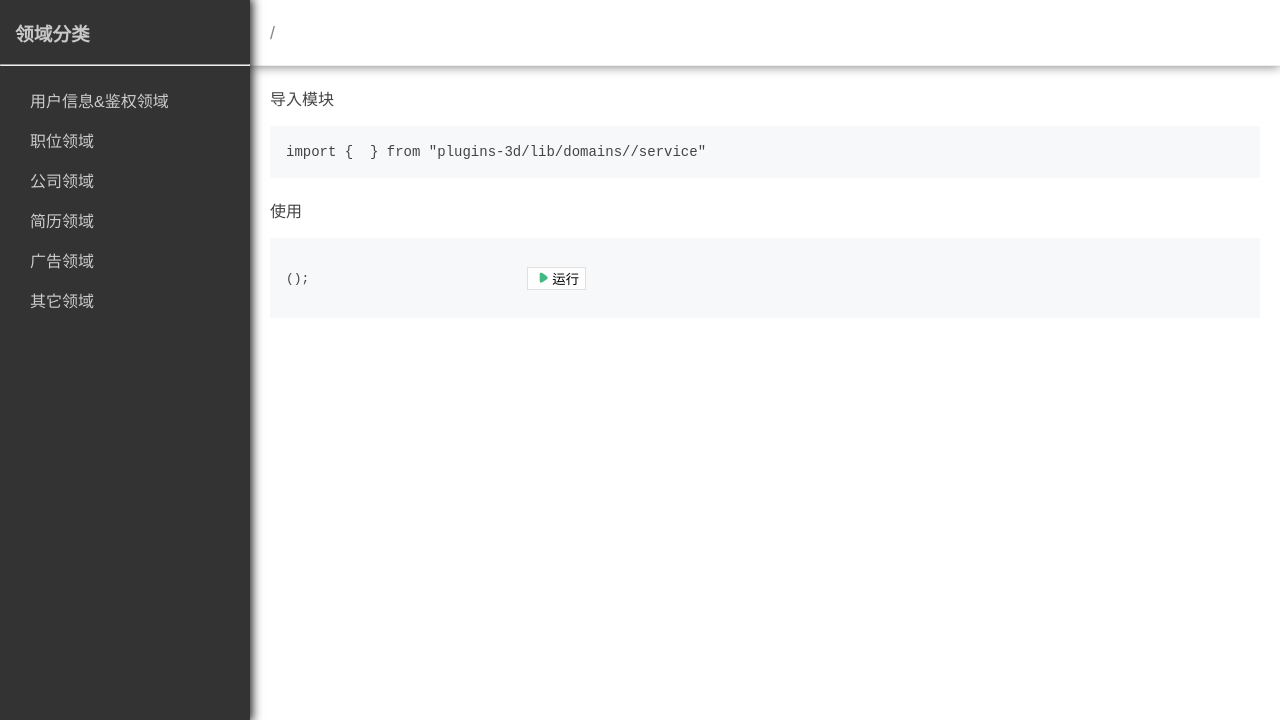
Repository: lsliangshan/inig-3d-doc
Page: /detail
An editor plug-in stored every save of this project. The page is shown before and after the next save, followed by the edit.
The browser window is 1280 px wide. The pictures show the whole page.
An inner scrolling area shows only its first screen. The project was rebuilt for these pictures with package versions that can differ from the ones it lists, and the page was loaded fresh each time. Also part of the build but not shown: vue.config.js, src/components/HelloWorld.vue, src/views/Home.vue, src/components/User.vue, src/components/Position.vue, src/components/Company.vue, src/components/Resume.vue, src/components/Ads.vue and 1 more. Imported but missing from the stored project, and not drawn on this page: ../plugins-3d/lib/domains/job/service, ../plugins-3d/lib/domains/user/service.

Above is the page before, as saved 2019-08-08 22:23:59.

### public/index.html
<!DOCTYPE html>
<html lang="en">
  <head>
    <meta charset="utf-8">
    <meta http-equiv="X-UA-Compatible" content="IE=edge">
    <meta name="viewport" content="width=device-width,initial-scale=1.0">
    <link rel="icon" href="<%= BASE_URL %>favicon.ico">
    <title>test-3d</title>
  </head>
  <body>
    <noscript>
      <strong>We're sorry but test-3d doesn't work properly without JavaScript enabled. Please enable it to continue.</strong>
    </noscript>
    <div id="app"></div>
    <!-- built files will be auto injected -->
  </body>
</html>

### src/App.vue
<template>
  <div id="app">
    <div class="nav">
      <h3>领域分类</h3>
      <hr>
      <ul>
        <li v-for="(domain, index) in menus"
            :key="index">
          <a href="javascript: void(0)"
             :class="{active: $route.params && (domain.name === $route.params.domain) }"
             @click="toggleMenu(index)">{{domain.label}}</a>
          <div class="sub_items"
               :style="{height: index === openedMenu ? (domain.children.length * 40 + (domain.children.length > 0 ? 20 : 0) + 'px') : 0}">
            <div class="sub_item_inner"
                 :style="{padding: domain.children.length > 0 ? '5px 15px' : '0'}">
              <div class="sub_item"
                   v-for="(item, index) in domain.children"
                   :key="index">
                <a href="javascript: void(0)"
                   :class="{active: $route.params.methods === item.name}"
                   @click="navigateTo(domain.name, item.name, item.params, item.label)">{{item.label}}</a>
              </div>
            </div>
          </div>
        </li>
      </ul>
    </div>
    <div class="content">
      <div class="inner">
        <router-view :params="currentParems" />
      </div>
    </div>
    <all-svgs></all-svgs>
  </div>
</template>
<script>
  export default {
    name: 'App',
    components: {
      AllSvgs: () => import('./Svgs')
    },
    data () {
      return {
        openedMenu: -1,
        activeSubMenu: '',
        currentParems: {},
        menus: [
          {
            label: '用户信息&鉴权领域',
            name: 'user',
            children: [
              {
                label: '登录',
                name: 'login',
                params: {
                  'username': {
                    type: 'String',
                    default: 'ls',
                    label: '用户名'
                  },
                  'password': {
                    type: 'String',
                    default: '123123',
                    label: '密码'
                  }
                }
              },
              {
                label: '注册',
                name: 'register',
                params: {}
              },
              {
                label: '获取用户详情',
                name: 'getUserDetail',
                params: {}
              }
            ]
          },
          {
            label: '职位领域',
            name: 'job',
            children: [
              {
                label: '获取职位详情',
                name: 'requestJobDetail',
                params: {
                  'number': {
                    type: 'String',
                    default: '',
                    label: '职位编号'
                  }
                }
              },
              {
                label: '获取相似职位',
                name: 'requestSimilarJobs',
                params: {
                  'number': {
                    type: 'String',
                    default: '',
                    label: '职位编号'
                  }
                }
              },
              {
                label: '获取在招职位',
                name: 'requestAreaJobs',
                params: {
                  'number': {
                    type: 'String',
                    default: '',
                    label: '职位编号'
                  }
                }
              },
              {
                label: '获取在招职位所在城市',
                name: 'requestAreaJobCity',
                params: {
                  'number': {
                    type: 'String',
                    default: '',
                    label: '职位编号'
                  }
                }
              },
              {
                label: '收藏职位',
                name: 'requestJobCollection',
                params: {
                  'number': {
                    type: 'String',
                    default: '',
                    label: '职位编号'
                  }
                }
              },
              {
                label: '投递职位',
                name: 'requestJobDeliver',
                params: {
                  'number': {
                    type: 'String',
                    default: '',
                    label: '职位编号'
                  }
                }
              },
              {
                label: '获取职位投递状态',
                name: 'requestJobDeliverStatus',
                params: {
                  'number': {
                    type: 'String',
                    default: '',
                    label: '职位编号'
                  }
                }
              },
              {
                label: '获取最佳雇主',
                name: 'requestBestEmployer',
                params: {
                  'number': {
                    type: 'String',
                    default: '',
                    label: '职位编号'
                  }
                }
              },
              {
                label: '获取最佳雇主评论',
                name: 'requestBestEmployerComment',
                params: {
                  'number': {
                    type: 'String',
                    default: '',
                    label: '职位编号'
                  }
                }
              },
              {
                label: '获取职位的小程序二维码',
                name: 'requestJobMpQrcode',
                params: {
                  'number': {
                    type: 'String',
                    default: '',
                    label: '职位编号'
                  }
                }
              }
            ]
          },
          {
            label: '公司领域',
            name: 'company',
            children: [

            ]
          },
          {
            label: '简历领域',
            name: 'resume',
            children: [

            ]
          },
          {
            label: '广告领域',
            name: 'ads',
            children: [

            ]
          },
          {
            label: '其它领域',
            name: 'other',
            children: [

            ]
          }
        ]
      }
    },
    created () {
      this.openedMenu = this.findOpenedMenuIndex()
      this.currentParems = this.findCurrentParams()
    },
    methods: {
      toggleMenu (index) {
        this.openedMenu = (this.openedMenu === index ? -1 : index)
      },
      findCurrentParams () {
        let i = 0
        let menus = this.menus
        let outParams = []
        for (i; i < menus.length; i++) {
          if (menus[i].name != this.$route.params.domain) {
            continue
          } else {
            for (let j = 0; j < menus[i].children.length; j++) {
              if (menus[i].children[j].name !== this.$route.params.methods) {
                continue
              } else {
                outParams = menus[i].children[j].params
                j = menus[i].children.length
              }
            }
          }
        }
        return outParams
      },
      findOpenedMenuIndex () {
        let i = 0
        let outIndex = -1
        let menus = this.menus
        for (i; i < menus.length; i++) {
          if (this.$route.params.domain === menus[i].name) {
            outIndex = i
            i = menus.length
          }
        }
        return outIndex
      },
      navigateTo (domain, methods, params, label) {
        this.currentParems = params
        document.title = label
        this.$router.replace({
          path: '/' + domain + '/' + methods
        })
      }
    }
  }
</script>

<style>
  body,
  html {
    width: 100%;
    height: 100%;
    padding: 0;
    margin: 0;
  }
  #app {
    font-family: "Avenir", Helvetica, Arial, sans-serif;
    -webkit-font-smoothing: antialiased;
    -moz-osx-font-smoothing: grayscale;
    color: #2c3e50;
    width: 100%;
    height: 100%;
    display: flex;
    flex-direction: row;
  }
  .nav {
    width: 250px;
    height: 100%;
    background-color: #333;
    box-shadow: 0 0 10px 2px #111;
    z-index: 2;
  }
  .nav h3 {
    padding: 0 15px;
    box-sizing: border-box;
    color: #c8c8c8;
  }
  .nav ul {
    height: calc(100% - 100px);
    overflow-y: auto;
  }
  .nav ul li {
    list-style: none;
  }
  .nav ul li {
    position: relative;
    /* height: 48px; */
    display: flex;
    flex-direction: column;
  }
  .nav ul li > a {
    line-height: 40px;
    color: #ccc;
    text-decoration: none;
    transition: color 0.1s ease-in-out;
  }
  .nav ul li > a:hover {
    color: #aaa;
  }
  .nav ul li > a.active {
    color: #42b983 !important;
  }
  .nav ul {
    padding-left: 30px;
  }
  .nav .sub_items {
    width: 100%;
    transition: all 0.25s cubic-bezier(0.215, 0.61, 0.355, 1);
    transform-origin: 50% 0;
    overflow: hidden;
  }
  .nav .sub_items .sub_item_inner {
    box-sizing: border-box;
    background-color: #383838;
    border-radius: 5px;
    box-shadow: 0 0 10px #303030 inset;
  }
  .nav .sub_items .sub_item_inner .sub_item > a {
    display: flex;
    font-size: 14px;
    color: #888;
    line-height: 40px;
    text-decoration: none;
    transition: all 0.1s linear;
  }
  .nav .sub_items .sub_item_inner .sub_item > a:hover {
    color: #ccc;
  }
  .nav .sub_items .sub_item_inner .sub_item > a.active {
    color: #42b983 !important;
    font-size: 15px;
  }

  .content {
    flex: 1;
    height: 100%;
    overflow-y: auto;
    /* padding: 15px; */
    box-sizing: border-box;
    display: flex;
    flex-direction: row;
    align-items: flex-start;
  }
  .content .inner {
    width: 100%;
    height: 100%;
  }
</style>

### src/router.js
import Vue from 'vue'
import Router from 'vue-router'
import Home from './views/Home.vue'
import DomainUser from './components/User'
import DomainPosition from './components/Position'
import DomainCompany from './components/Company'
import DomainResume from './components/Resume'
import DomainAds from './components/Ads'
import DomainOther from './components/Other'

import DomainDetail from './components/Detail'

Vue.use(Router)

export default new Router({
  mode: 'history',
  base: process.env.BASE_URL,
  routes: [
    {
      path: '/',
      redirect: '/user'
    },
    {
      path: '/user',
      name: 'DomainUser',
      // route level code-splitting
      // this generates a separate chunk (about.[hash].js) for this route
      // which is lazy-loaded when the route is visited.
      // component: () => import(/* webpackChunkName: "about" */ './components/User.vue')
      component: DomainUser
    },
    {
      path: '/position',
      name: 'DomainPosition',
      component: DomainPosition
    },
    {
      path: '/company',
      name: 'DomainCompany',
      component: DomainCompany
    },
    {
      path: '/resume',
      name: 'DomainResume',
      component: DomainResume
    },
    {
      path: '/ads',
      name: 'DomainAds',
      component: DomainAds
    },
    {
      path: '/other',
      name: 'DomainOther',
      component: DomainOther
    },
    {
      path: '/:domain/:methods',
      name: 'Detail',
      component: DomainDetail
    },
    {
      path: '/detail',
      name: 'Detail2',
      component: DomainDetail
    }
  ]
})

### src/Svgs.vue
<template>
  <svg xmlns="http://www.w3.org/2000/svg"
       xmlnsXlink="http://www.w3.org/1999/xlink"
       style="position: absolute; width: 0; height: 0">
    <defs>

      <symbol viewBox="0 0 1024 1024"
              id="copy">
        <path d="M672 832 224 832c-52.928 0-96-43.072-96-96L128 160c0-52.928 43.072-96 96-96l448 0c52.928 0 96 43.072 96 96l0 576C768 788.928 724.928 832 672 832zM224 128C206.368 128 192 142.368 192 160l0 576c0 17.664 14.368 32 32 32l448 0c17.664 0 32-14.336 32-32L704 160c0-17.632-14.336-32-32-32L224 128zM800 960 320 960c-17.664 0-32-14.304-32-32s14.336-32 32-32l480 0c17.664 0 32-14.336 32-32L832 256c0-17.664 14.304-32 32-32s32 14.336 32 32l0 608C896 916.928 852.928 960 800 960zM544 320 288 320c-17.664 0-32-14.336-32-32s14.336-32 32-32l256 0c17.696 0 32 14.336 32 32S561.696 320 544 320zM608 480 288.032 480c-17.664 0-32-14.336-32-32s14.336-32 32-32L608 416c17.696 0 32 14.336 32 32S625.696 480 608 480zM608 640 288 640c-17.664 0-32-14.304-32-32s14.336-32 32-32l320 0c17.696 0 32 14.304 32 32S625.696 640 608 640z"></path>
      </symbol>

      <symbol viewBox="0 0 1024 1024"
              id="play">
        <path d="M713.896 393.15l-240-158.691c-80.996-54.004-150-17.987-150 80.996v360c0 98.73 65.703 134.707 150 80.703l240-158.711c80.724-60 80.724-150 0-203.984v-0.313z"></path>
      </symbol>
    </defs>
  </svg>
</template>

### src/components/Detail.vue
<template>
  <div class="detail_container">
    <headers></headers>
    <div class="detail_content_container">
      <detail-content :params="params"></detail-content>
    </div>
    <!-- <p v-if="$route.params.domain">领域：{{$route.params.domain}}</p>
    <p v-if="$route.params.methods">方法：{{$route.params.methods}}</p> -->
  </div>
</template>
<style scoped>
  .detail_container {
    width: 100%;
    height: 100%;
  }
  .detail_content_container {
    width: 100%;
    height: calc(100% - 66px);
    box-sizing: border-box;
  }
</style>

<script>
  export default {
    name: 'Detail',
    components: {
      Headers: () => import('./parts/Headers.vue'),
      DetailContent: () => import('./parts/DetailContent.vue')
    },
    props: {
      params: {
        type: Object,
        default () {
          return {}
        }
      }
    },
    data () {
      return {}
    },
    mounted () {

    }
  }
</script>

### src/components/parts/Headers.vue
<template>
  <div class="detail_header">
    <a href="javascript: void(0)">{{$route.params.domain}} / {{$route.params.methods}}</a>
    <!-- <div class="detail_header_right">
      <div class="import_text"
           :class="{show: !miniScreen}"
           title="点击复制">
        import { {{$route.params.methods}} } from "plugins-3d/lib/domains/{{$route.params.domain}}/service"
      </div>
      <svg>
        <use xlink:href="#copy"></use>
      </svg>
    </div> -->
  </div>
</template>
<style scoped>
  .detail_header {
    position: sticky;
    top: 0;
    width: 100%;
    height: 66px;
    background-color: #fff;
    box-shadow: 0 1px 10px #888;
    padding: 0 20px;
    box-sizing: border-box;
    border-bottom: 1px solid #eee;
    display: flex;
    flex-direction: row;
    align-items: center;
    justify-content: space-between;
  }
  .detail_header a {
    max-width: 320px;
    height: 66px;
    font-size: 18px;
    color: #888;
    line-height: 40px;
    text-decoration: none;
    display: inline-flex;
    flex-direction: row;
    align-items: center;
    justify-content: flex-start;
  }
  .detail_header_right {
    height: 66px;
    width: calc(100% - 320px);
    display: inline-flex;
    flex-direction: row;
    align-items: center;
    justify-content: flex-end;
  }
  .import_text {
    max-width: 80%;
    margin-right: 15px;
    color: #888;
    text-align: right;
    transition: all 0.03s ease-in-out;
    opacity: 0;
  }
  .import_text.show {
    opacity: 1;
  }
  .detail_header_right svg {
    width: 24px;
    height: 24px;
    fill: #888;
    transition: all 0.2s linear;
    cursor: pointer;
  }
  .detail_header_right svg:hover {
    fill: #333;
  }
</style>

<script>
  export default {
    name: 'DetailHeader',
    props: {},
    data () {
      return {
        miniScreen: true
      }
    },
    mounted () {
      window.addEventListener('resize', this.resetMiniScreen, false)
    },
    methods: {
      resetMiniScreen () {
        this.miniScreen = (document.documentElement.offsetWidth < 1200)
      }
    }
  }
</script>

### src/components/parts/DetailContent.vue
<template>
  <div class="detail_container">
    <div class="highlight">
      <p>导入模块</p>
      <div class="highlight_code">
        <pre>import { {{$route.params.methods}} } from "plugins-3d/lib/domains/{{$route.params.domain}}/service"</pre>
        <svg>
          <use xlink:href="#copy"></use>
        </svg>
      </div>
    </div>
    <div class="highlight">
      <p>使用</p>
      <!-- <pre>{{JSON.stringify(params, null, 2)}}</pre> -->
      <div class="form_container">
        <form class="methods_form"
              action="javascript:void(0)">
          <div class="form_item"
               v-for="(value, key) in params"
               :key="key">
            <label :for="key">{{value.label}}
              <!-- <pre style="display: inline;">&#9;</pre> -->
            </label>
            <input type="text"
                   class="custom_input"
                   :id="key"
                   :value="value.default"
                   :placeholder="'请输入' + value.label"
                   :name="key" />
          </div>
          <div class="form_footer">
            <code>{{$route.params.methods}}({{Object.keys(params).length > 0 ? 'args' : ''}});</code>
            <button class="btn_run">
              <svg>
                <use xlink:href="#play"></use>
              </svg>
              运行
            </button>
          </div>
        </form>
      </div>
    </div>
    <div class="detail_content"
         style="height: 2000px;"></div>
  </div>
</template>
<style scoped>
  .detail_container {
    width: 100%;
    height: 100%;
    color: #444;
    overflow: auto;
  }
  .import_text {
    position: sticky;
    left: 0;
    top: 0;
    width: 100%;
    height: 48px;
    padding: 0 20px;
    box-sizing: border-box;
    display: flex;
    flex-direction: row;
    align-items: center;
    justify-content: flex-start;
    background-color: #ffffff;
  }
  .highlight {
    padding: 0 20px;
    margin-top: 20px;
    box-sizing: border-box;
  }
  .highlight_code {
    position: relative;
  }
  .highlight_code pre {
    background-color: #f6f8fa;
    border-radius: 3px;
    font-size: 14px;
    line-height: 1.45;
    overflow: auto;
    padding: 16px;
  }
  .highlight_code svg {
    fill: #444;
    position: absolute;
    top: 5px;
    right: 5px;
    width: 20px;
    height: 20px;
    display: flex;
    flex-direction: row;
    align-items: center;
    justify-content: center;
    cursor: pointer;
    opacity: 0;
    transition: all 0.2s ease-in-out;
  }
  .highlight_code:hover svg {
    opacity: 1;
  }

  .form_container {
    width: 100%;
    padding: 16px;
    box-sizing: border-box;
    background-color: #f6f8fa;
  }
  .methods_form {
    width: 300px;
    display: flex;
    flex-direction: column;
  }
  .methods_form .form_item {
    width: 100%;
    margin: 10px 0;
    display: flex;
    flex-direction: row;
    align-items: center;
    justify-content: space-between;
  }
  .custom_input {
    display: inline-block;
    width: 200px;
    height: 32px;
    line-height: 1.5;
    padding: 4px 7px;
    box-sizing: border-box;
    font-size: 14px;
    border: 1px solid #dcdee2;
    border-radius: 4px;
    color: #515a6e;
    background-color: #fff;
    background-image: none;
    position: relative;
    cursor: text;
    transition: border 0.2s ease-in-out, background 0.2s ease-in-out,
      box-shadow 0.2s ease-in-out;
  }
  .form_footer {
    width: 300px;
    height: 48px;
    display: flex;
    flex-direction: row;
    align-items: center;
    justify-content: space-between;
  }
  .form_footer .btn_run {
    border: 1px solid #e0e0e0;
    background-color: #fefefe;
    transition: all 0.2s ease-in-out;
    cursor: pointer;
    display: flex;
    flex-direction: row;
    align-items: center;
    justify-content: space-between;
  }
  .form_footer .btn_run:focus {
    outline: none;
  }
  .form_footer .btn_run:active {
    opacity: 0.4;
  }
  .form_footer .btn_run svg {
    fill: #42b983;
    width: 18px;
    height: 18px;
  }
</style>

<script>
  export default {
    name: 'DetailContent',
    props: {
      params: {
        type: Object,
        default () {
          return {}
        }
      }
    },
    data () {
      return {}
    }
  }
</script>

Loaded but not shown: src/main.js (common file); src/store.js (common file)

After the next save:
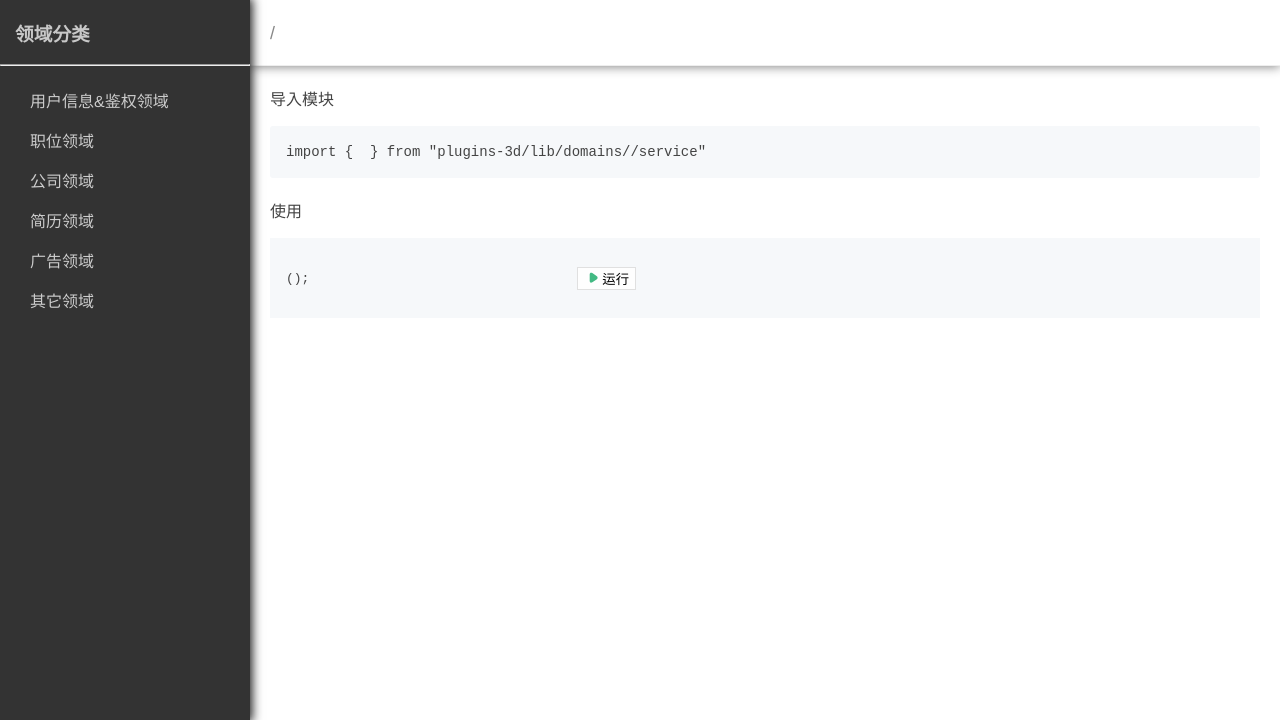
Saved 22 s later.
--- a/src/components/parts/DetailContent.vue
+++ b/src/components/parts/DetailContent.vue
@@ -107,7 +107,7 @@
     background-color: #f6f8fa;
   }
   .methods_form {
-    width: 300px;
+    width: 350px;
     display: flex;
     flex-direction: column;
   }
@@ -138,7 +138,7 @@
       box-shadow 0.2s ease-in-out;
   }
   .form_footer {
-    width: 300px;
+    width: 350px;
     height: 48px;
     display: flex;
     flex-direction: row;
